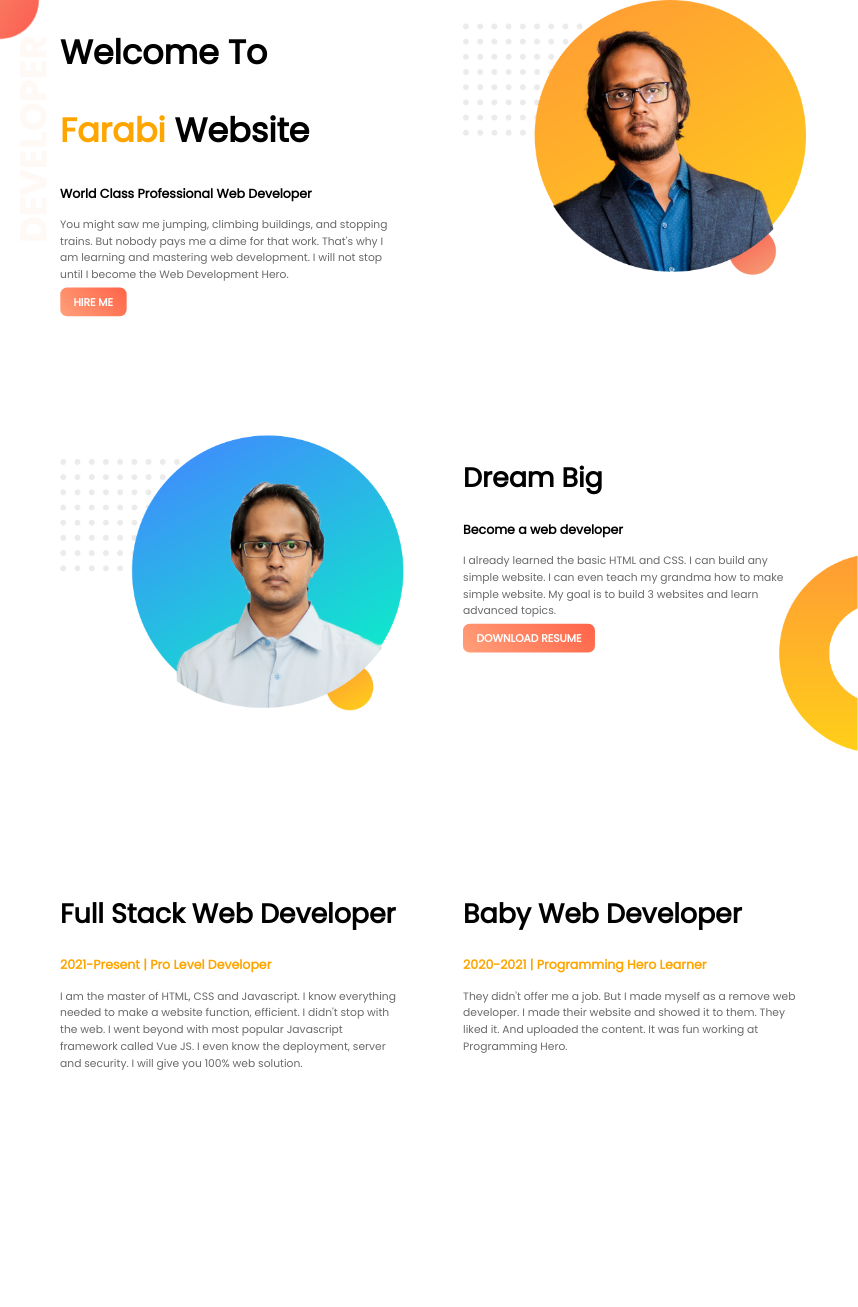
Repository: mohsinfarabi/web-portfolio
Page: index.html
These files come from the project's save history. The page is drawn as it stood at one moment and after the next save; the edit follows.
The browser window is 1280 px wide. The pictures show the whole page, at 67% of full size.

Above is the page before, as saved 2020-06-30 23:48:57.

After the next save:
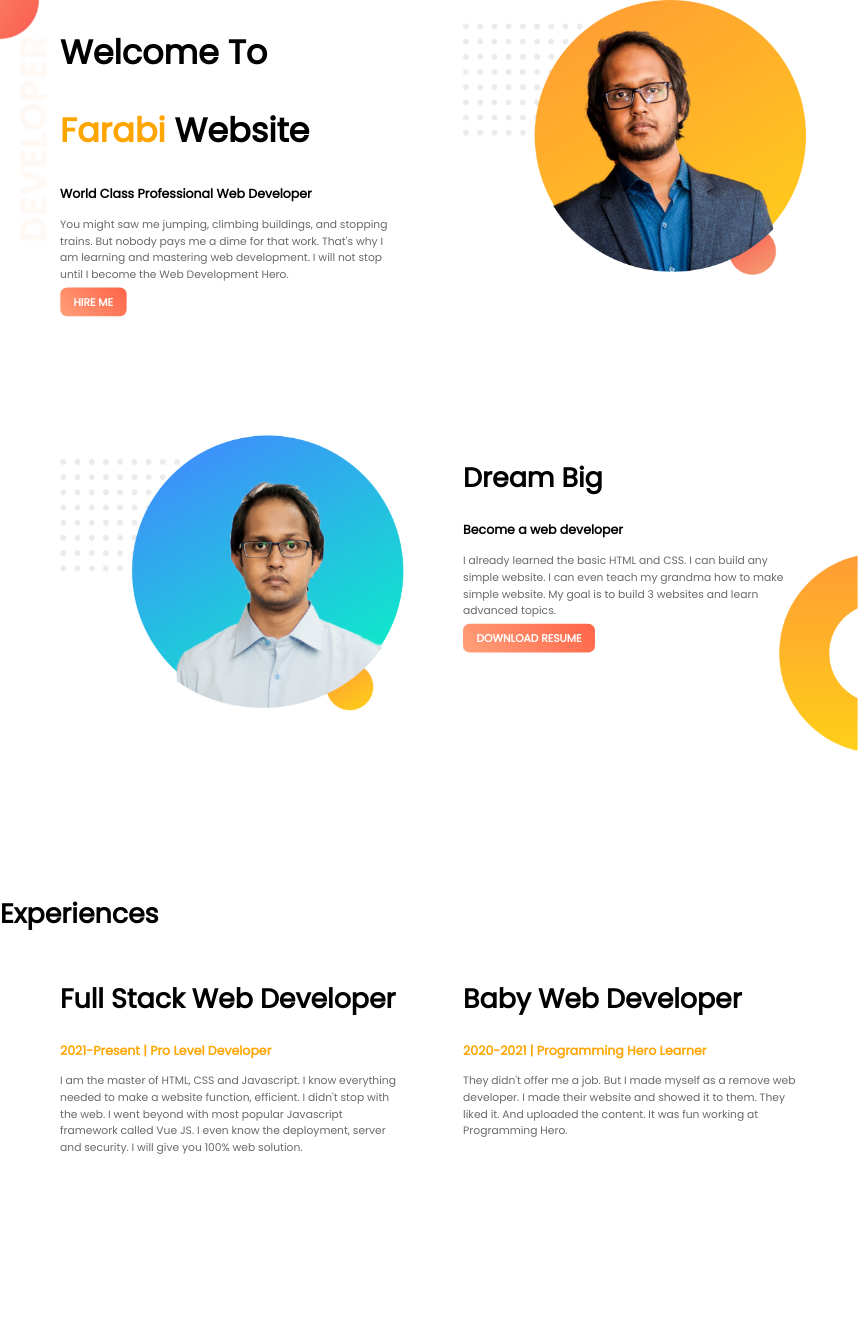
Saved 45 s later.
--- a/index.html
+++ b/index.html
@@ -35,6 +35,7 @@
 
     </section>
     <section class="experience-area">
+        <h2>Experiences</h2>
         <div class="half-width">
             <h2>Full Stack Web Developer</h2>
             <h3 class="orange-highlight">2021-Present | Pro Level Developer</h3>
